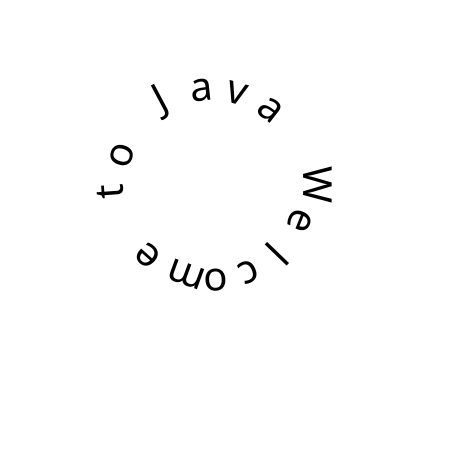
Repository: Mselenko/Java
Program's window: java w_5/JavaFx/src/task_3/CircleText.java
An editor plug-in stored every save of this project. The program's window is shown before and after the next save, followed by the edit.
It runs on Java 21 on a 1366 x 768 screen with JavaFX 11; the title bar is not drawn.

Above is the program's window before, as saved 2019-06-22 01:18:37.

After the next save:
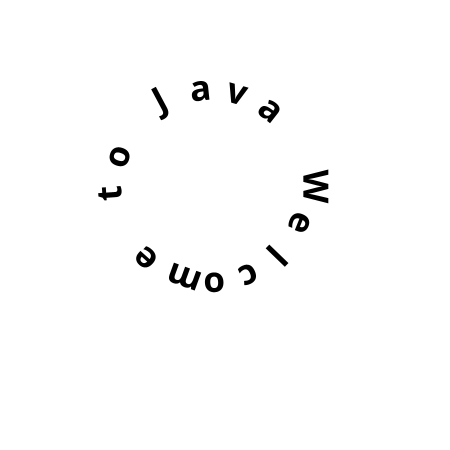
Saved 27 s later.
--- a/w_5/JavaFx/src/task_3/CircleText.java
+++ b/w_5/JavaFx/src/task_3/CircleText.java
@@ -19,7 +19,7 @@
 
         Pane pane = new Pane();
         String[] java = "Welcome to Java".split("");
-        Font font = Font.font("Times New Roman", 40);
+        Font font = Font.font("Times New Roman", FontWeight.EXTRA_BOLD, 35);
 
         Point2D center = new Point2D(200, 200);
 
